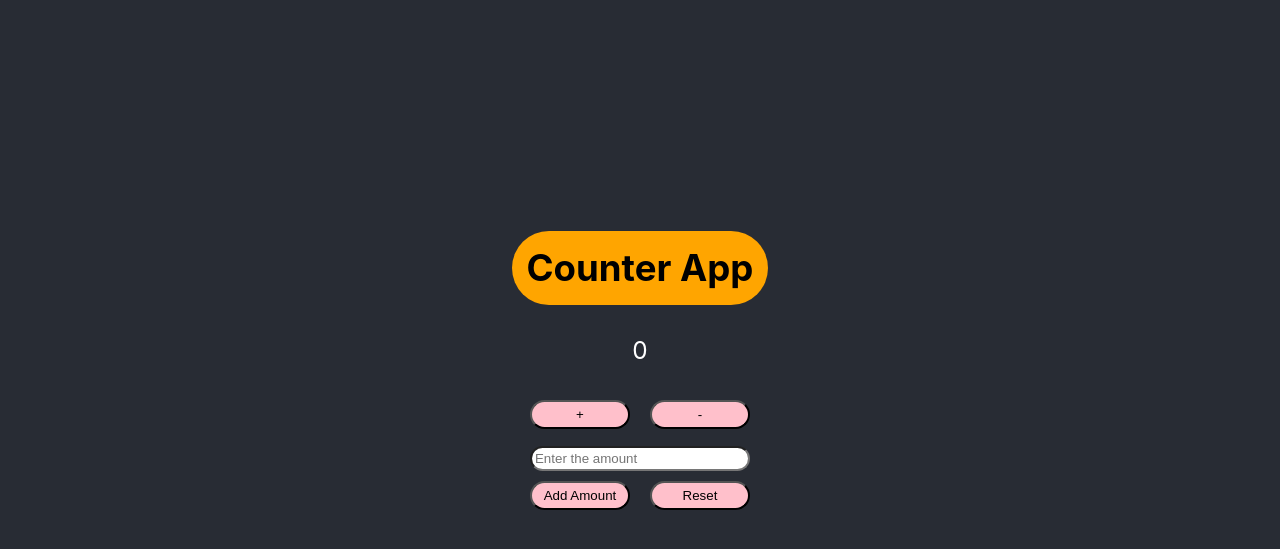
Repository: mahsa199170/React-Redux-Projects
Page: / (app in counter-app-redux-toolkit/)
An editor plug-in stored every save of this project. The page is shown before and after the next save, followed by the edit.
The browser window is 1280 px wide. The pictures show the whole page.
The project was rebuilt for these pictures with package versions that can differ from the ones it lists, and the page was loaded fresh each time.

Above is the page before, as saved 2024-10-28 15:28:58.

After the next save:
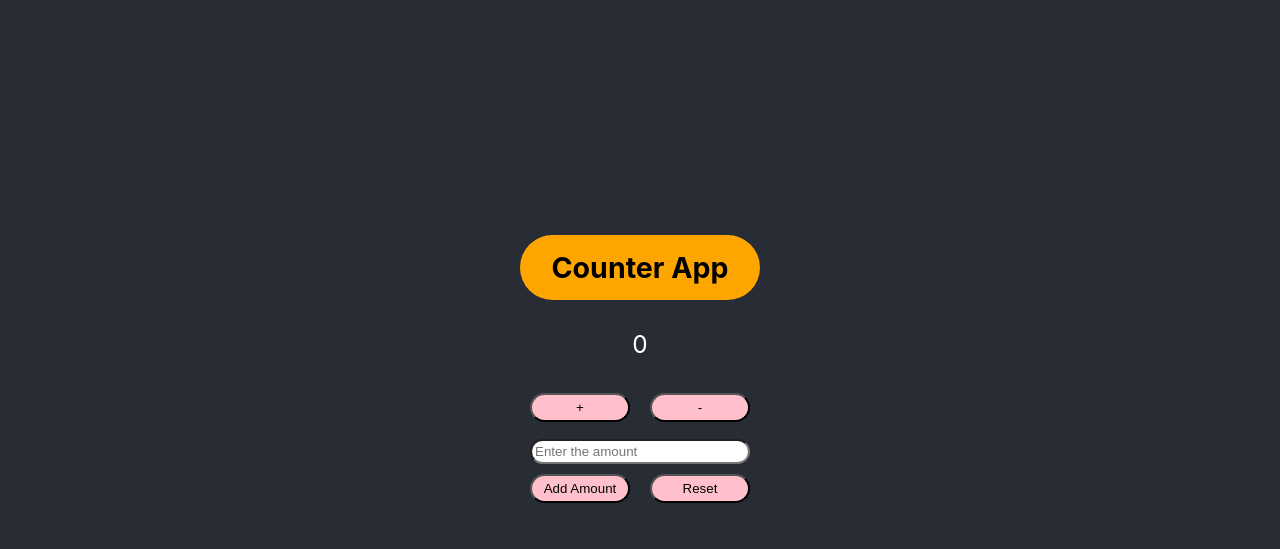
Saved 5 s later.
--- a/counter-app-redux-toolkit/src/components/counter/Counter.js
+++ b/counter-app-redux-toolkit/src/components/counter/Counter.js
@@ -34,7 +34,7 @@ const Counter = () => {
 
   return (
     <section>
-      <h2
+      <h3
         style={{
           color: 'black',
           backgroundColor: 'orange ',
@@ -43,7 +43,7 @@ const Counter = () => {
         }}
       >
         Counter App
-      </h2>
+      </h3>
       <p>{number}</p>
       <div>
         <button className="btn" onClick={handleIncrement}>
